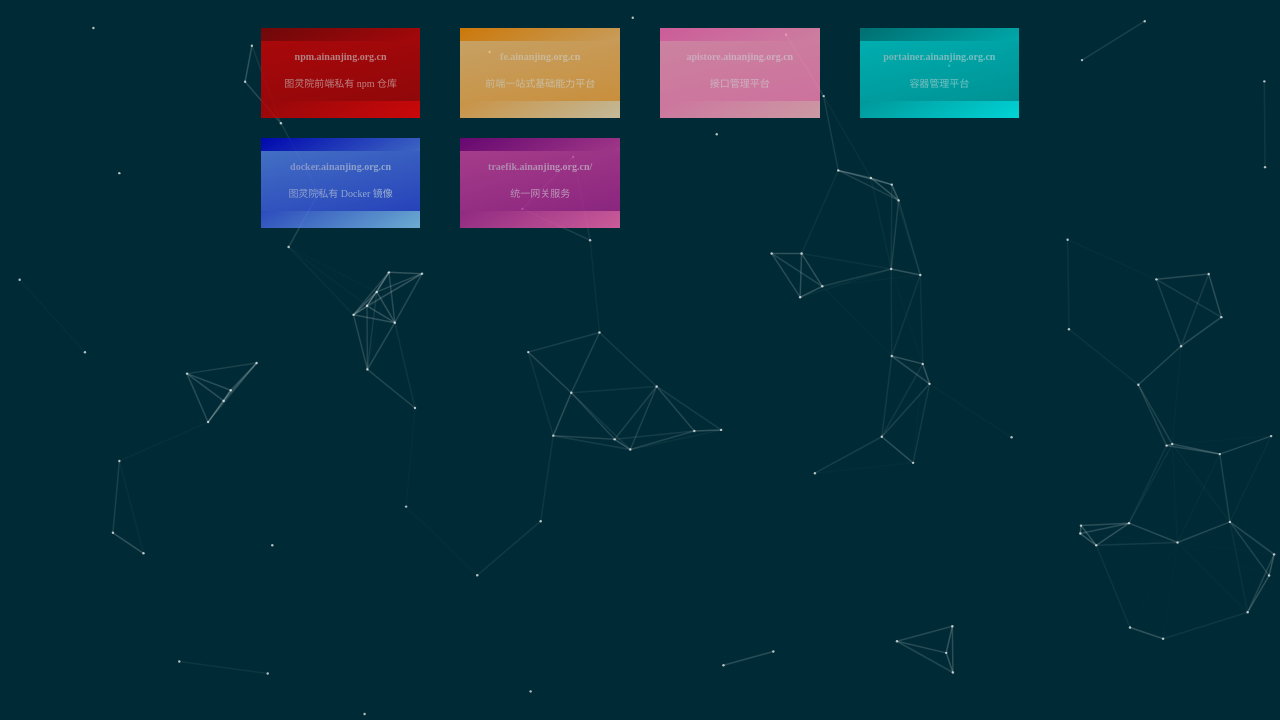
Repository: heweiwei1/portainer
Page: index.html
An editor plug-in stored every save of this project. The page is shown before and after the next save, followed by the edit.
The browser window is 1280 px wide. The pictures show the whole page.

Above is the page before, as saved 2021-04-14 14:17:42.

After the next save:
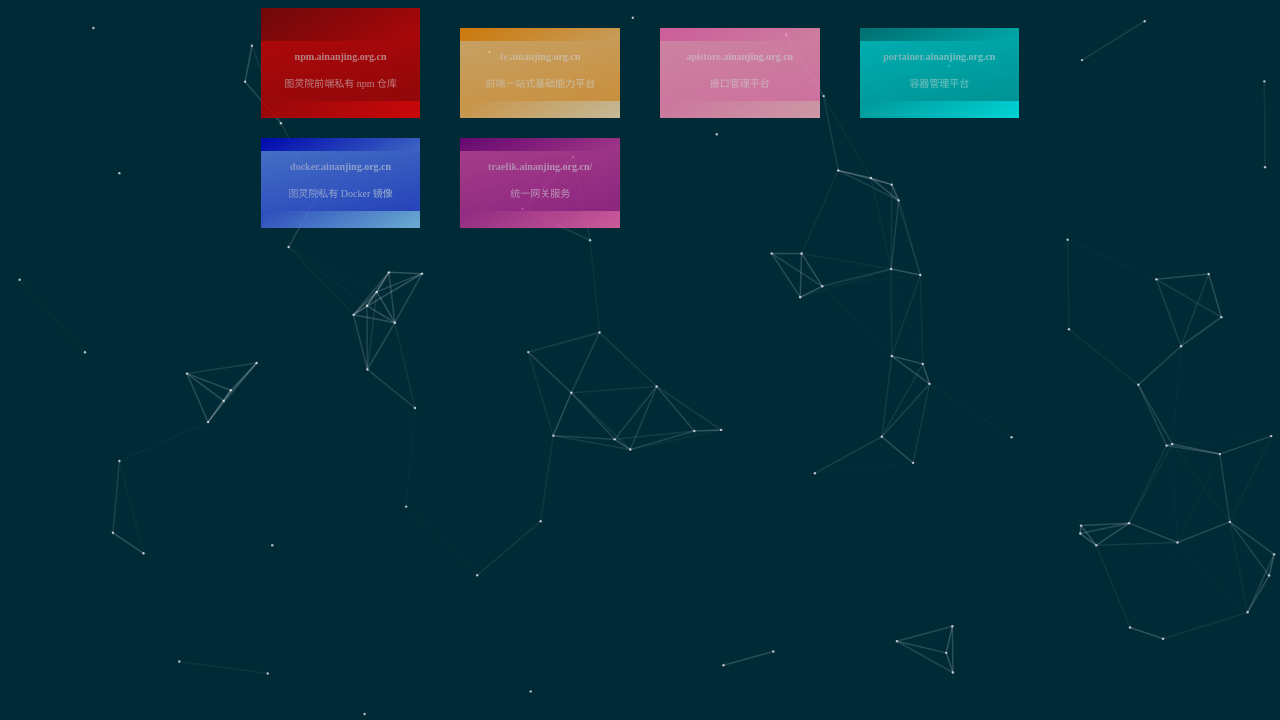
Saved 57 s later.
--- a/index.html
+++ b/index.html
@@ -10,8 +10,8 @@
 </head>
 <body>
   <div class="demo">
-    <div class="box">
-      <a class="demo-1" href="https://npm.ainanjing.org.cn/">
+    <div class="box demo-1">
+      <a class="" href="https://npm.ainanjing.org.cn/">
           <div class="trans">
             <h4>npm.ainanjing.org.cn</h4>
             <p>图灵院前端私有 npm 仓库</p>

After the save that followed:
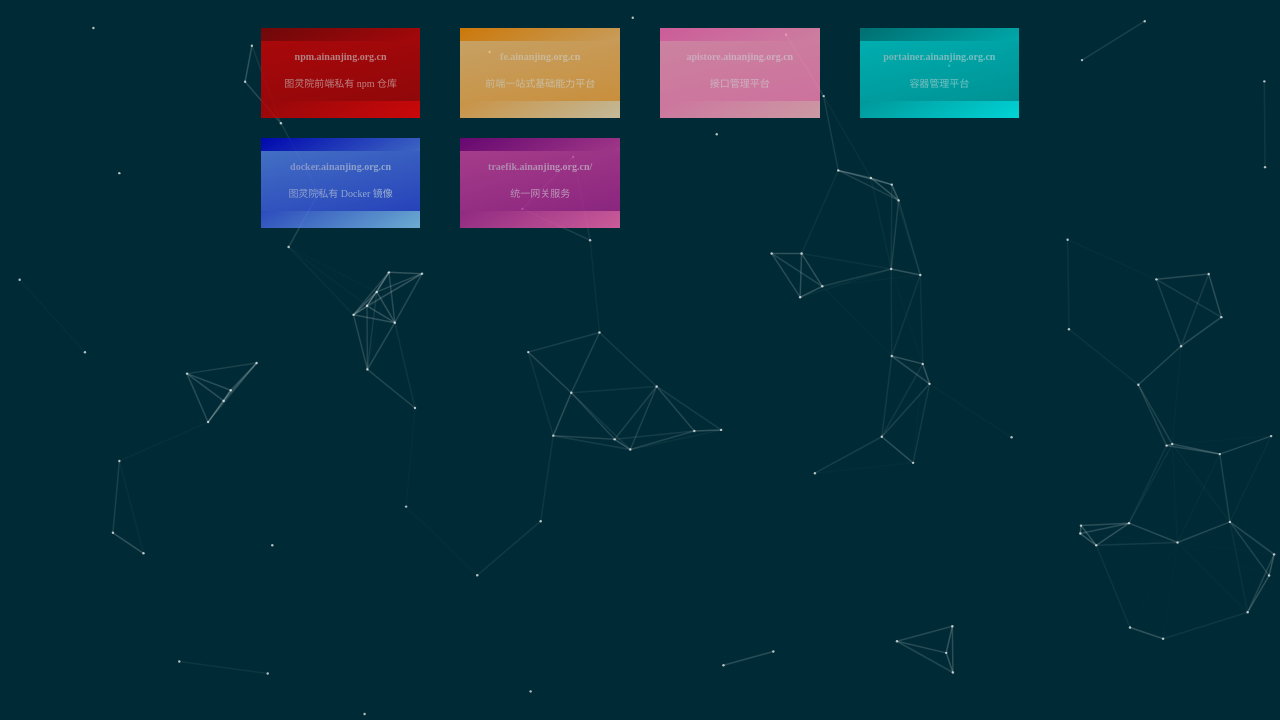
Saved 41 s later.
--- a/index.html
+++ b/index.html
@@ -10,8 +10,8 @@
 </head>
 <body>
   <div class="demo">
-    <div class="box demo-1">
-      <a class="" href="https://npm.ainanjing.org.cn/">
+    <div class="box">
+      <a class="demo-1" href="https://npm.ainanjing.org.cn/">
           <div class="trans">
             <h4>npm.ainanjing.org.cn</h4>
             <p>图灵院前端私有 npm 仓库</p>
